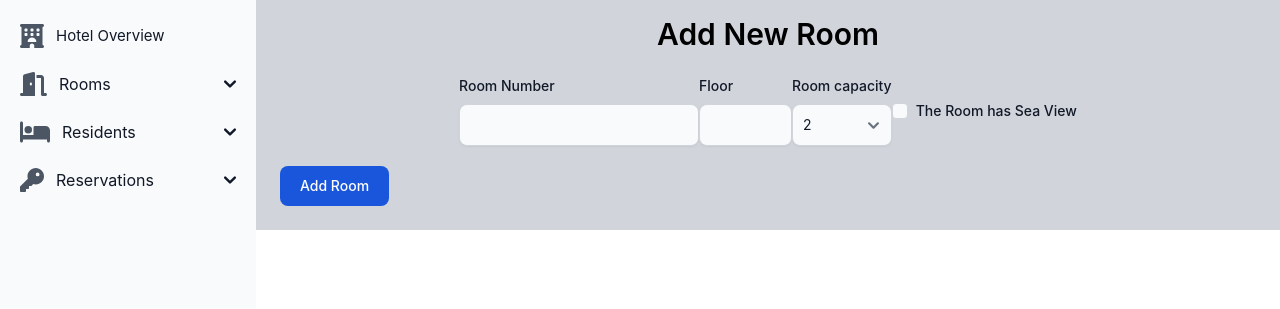
Repository: aggepap/hotelReservationsProj
Page: /rooms/add (app in admin-panel/)
An editor plug-in stored every save of this project. The page is shown before and after the next save, followed by the edit.
The browser window is 1280 px wide. The pictures show the whole page.
The project was rebuilt for these pictures with package versions that can differ from the ones it lists, and the page was loaded fresh each time. Also part of the build but not shown: admin-panel/vite.config.ts, admin-panel/src/views/HomeView.vue.

Above is the page before, as saved 2025-01-19 16:02:05.

After the next save:
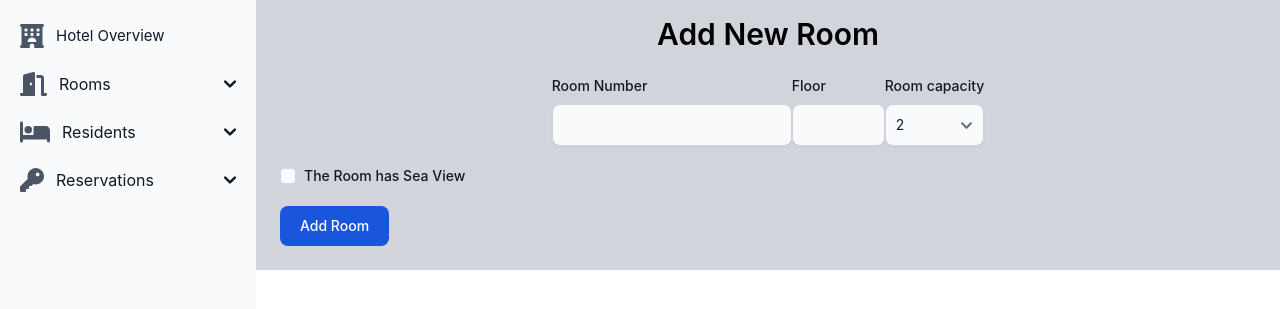
Saved 30 s later.
--- a/admin-panel/src/views/roomviews/AddRoomView.vue
+++ b/admin-panel/src/views/roomviews/AddRoomView.vue
@@ -51,23 +51,24 @@
           <option value="family">4</option>
         </select>
       </div>
-      <div class="flex items-start mb-5">
-        <div class="flex items-center h-5">
-          <input
-            id="hasSeaview"
-            type="checkbox"
-            value=""
-            class="w-4 h-4 border border-gray-300 rounded bg-gray-50 focus:ring-3 focus:ring-blue-300 dark:bg-gray-700 dark:border-gray-600 dark:focus:ring-blue-600 dark:ring-offset-gray-800 dark:focus:ring-offset-gray-800"
-            required
-          />
-        </div>
-        <label
-          for="terms"
-          class="ms-2 text-sm font-medium text-gray-900 dark:text-gray-300"
-          >The Room has Sea View</label
-        >
+    </div>
+    <div class="flex items-start mb-5">
+      <div class="flex items-center h-5">
+        <input
+          id="hasSeaview"
+          type="checkbox"
+          value=""
+          class="w-4 h-4 border border-gray-300 rounded bg-gray-50 focus:ring-3 focus:ring-blue-300 dark:bg-gray-700 dark:border-gray-600 dark:focus:ring-blue-600 dark:ring-offset-gray-800 dark:focus:ring-offset-gray-800"
+          required
+        />
       </div>
+      <label
+        for="terms"
+        class="ms-2 text-sm font-medium text-gray-900 dark:text-gray-300"
+        >The Room has Sea View</label
+      >
     </div>
+
     <button
       type="submit"
       class="text-white bg-blue-700 hover:bg-blue-800 focus:ring-4 focus:outline-none focus:ring-blue-300 font-medium rounded-lg text-sm px-5 py-2.5 text-center dark:bg-blue-600 dark:hover:bg-blue-700 dark:focus:ring-blue-800"
